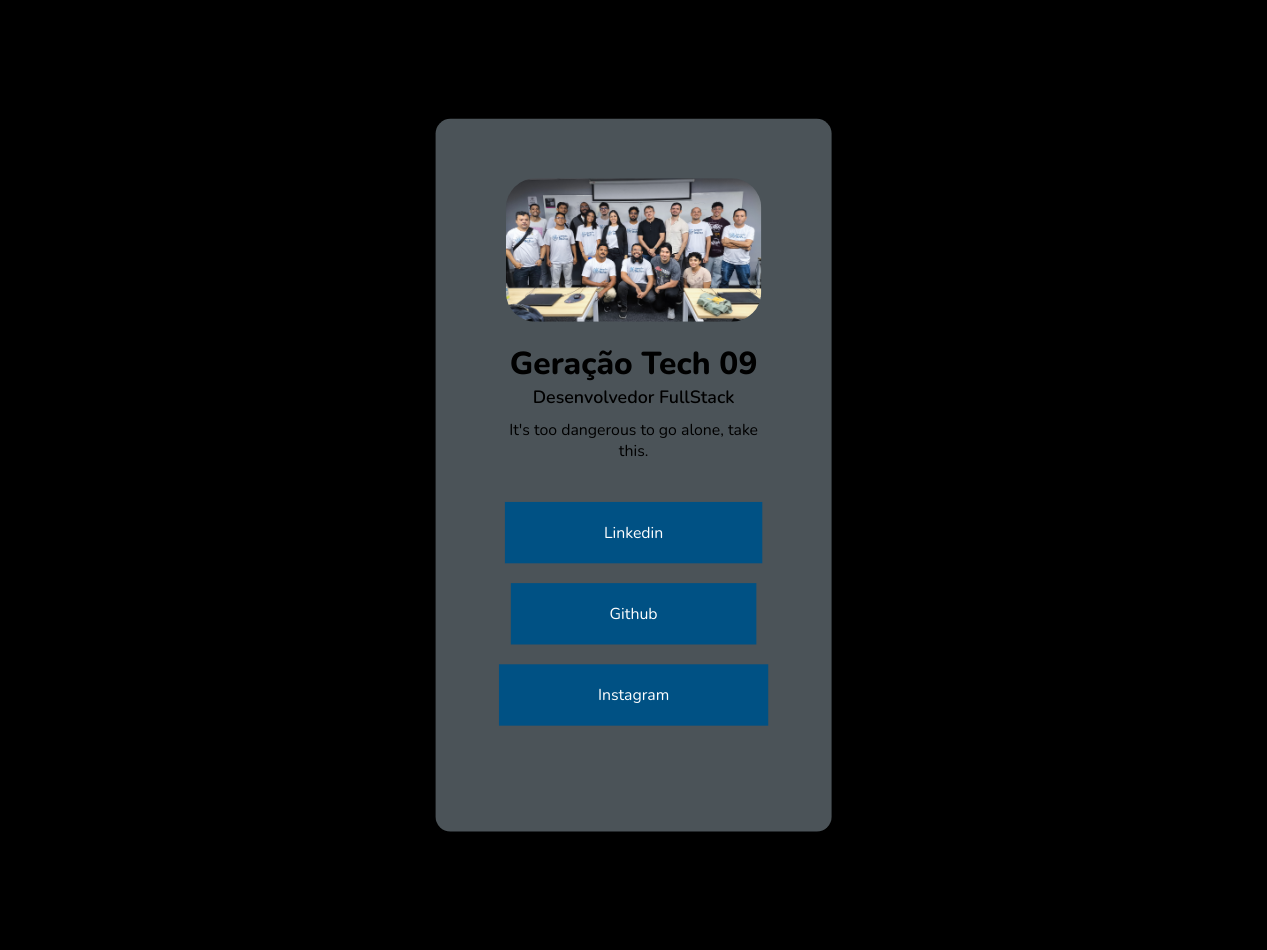
Repository: geracao-09/linktree-gt9
Page: index.html
An editor plug-in stored every save of this project. The page is shown before and after the next save, followed by the edit.
The browser window is 1280 px wide. The pictures show the whole page, at 99% of full size.

Above is the page before, as saved 2025-04-11 09:10:02.

### index.html
<!DOCTYPE html>
<html lang="pt-br">
  <head>
    <meta charset="UTF-8" />
    <meta name="viewport" content="width=device-width, initial-scale=1.0" />
    <title>Linktree do GT09</title>
    <link rel="stylesheet" href="style.css" />
    <link rel="preconnect" href="https://fonts.googleapis.com" />
    <link rel="preconnect" href="https://fonts.gstatic.com" crossorigin />
    <link href="https://fonts.googleapis.com/css2?family=Nunito:ital,wght@0,200..1000;1,200..1000&display=swap" rel="stylesheet" />
  </head>
  <body>
    <div class="container-main">
      <div class="container-image">
        <img src="./assets/image-profile.jpg" alt="Foto dos top 25 geracao tech" />
      </div>
      <div class="container-infos">
        <h1>Geração Tech 09</h1>
        <h2>Desenvolvedor FullStack</h2>
      </div>
      <div class="container-easter-egg">
        <p>It's too dangerous to go alone, take this.</p>
      </div>
      <div class="container-social">
        <ul>
          <li>
            <a href="https://www.linkedin.com/in/cesar-hideki-nagano-326b75115/" target="_blank"> Linkedin </a>
          </li>
          <li>
            <a href="https://github.com/geracao-09" target="_blank"> Github </a>
          </li>
          <li>
            <a href="https://www.instagram.com/hidekina/" target="_blank"> Instagram </a>
          </li>
        </ul>
      </div>
    </div>
  </body>
</html>

### style.css
* {
  font-family: "Nunito", sans-serif;
  margin: 0;
  padding: 0;
  box-sizing: border-box;
}

body {
  background-color: #000000;
}

.container-main {
  background-color: #4b5358;
  width: 400px;
  height: 720px;
  box-sizing: border-box;
  margin: 120px auto;
  padding: 60px;
  border-radius: 15px;
  text-align: center;
}

.container-image img {
  width: 258px;
  border-radius: 30px;
}

.container-infos {
  margin-top: 15px;
  margin-bottom: 10px;
}

.container-infos h1 {
    font-weight: 800;
}

.container-infos h2 {
    font-weight: 600;
    font-size: 18px;
}
.container-social ul {
  list-style-type: none;
}

.container-social a {
  text-decoration: none;
  color: white;
}

.container-social {
  margin-top: 40px;
}


.container-social li {
  margin: 60px 0;
}
.container-social a {
  background-color: #005184;
  padding: 20px 100px;
}

After the next save:
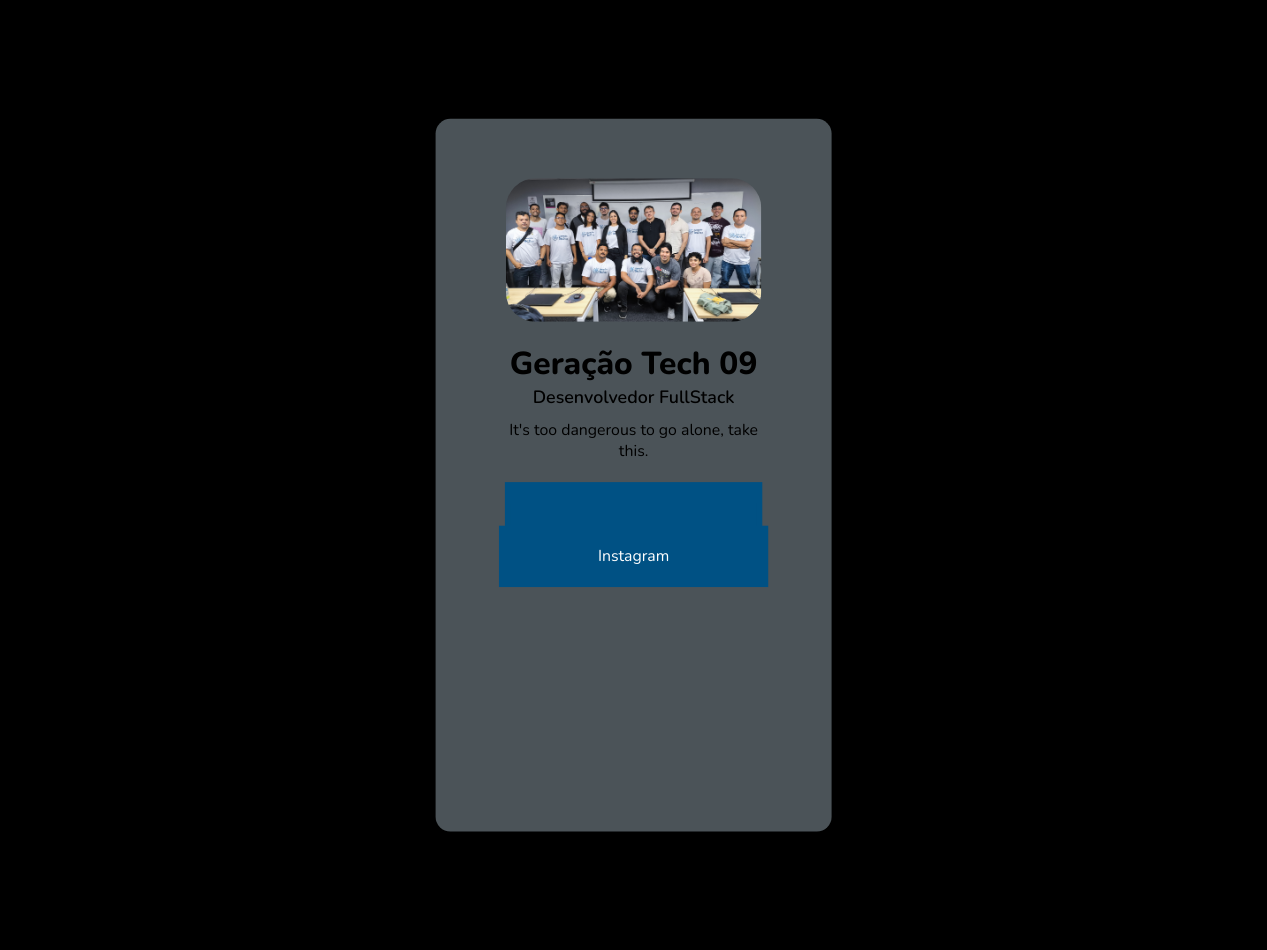
Saved 5 s later.
--- a/style.css
+++ b/style.css
@@ -51,6 +51,7 @@
   margin-top: 40px;
 }
 
+.con
 
 .container-social li {
   margin: 60px 0;

After the save that followed:
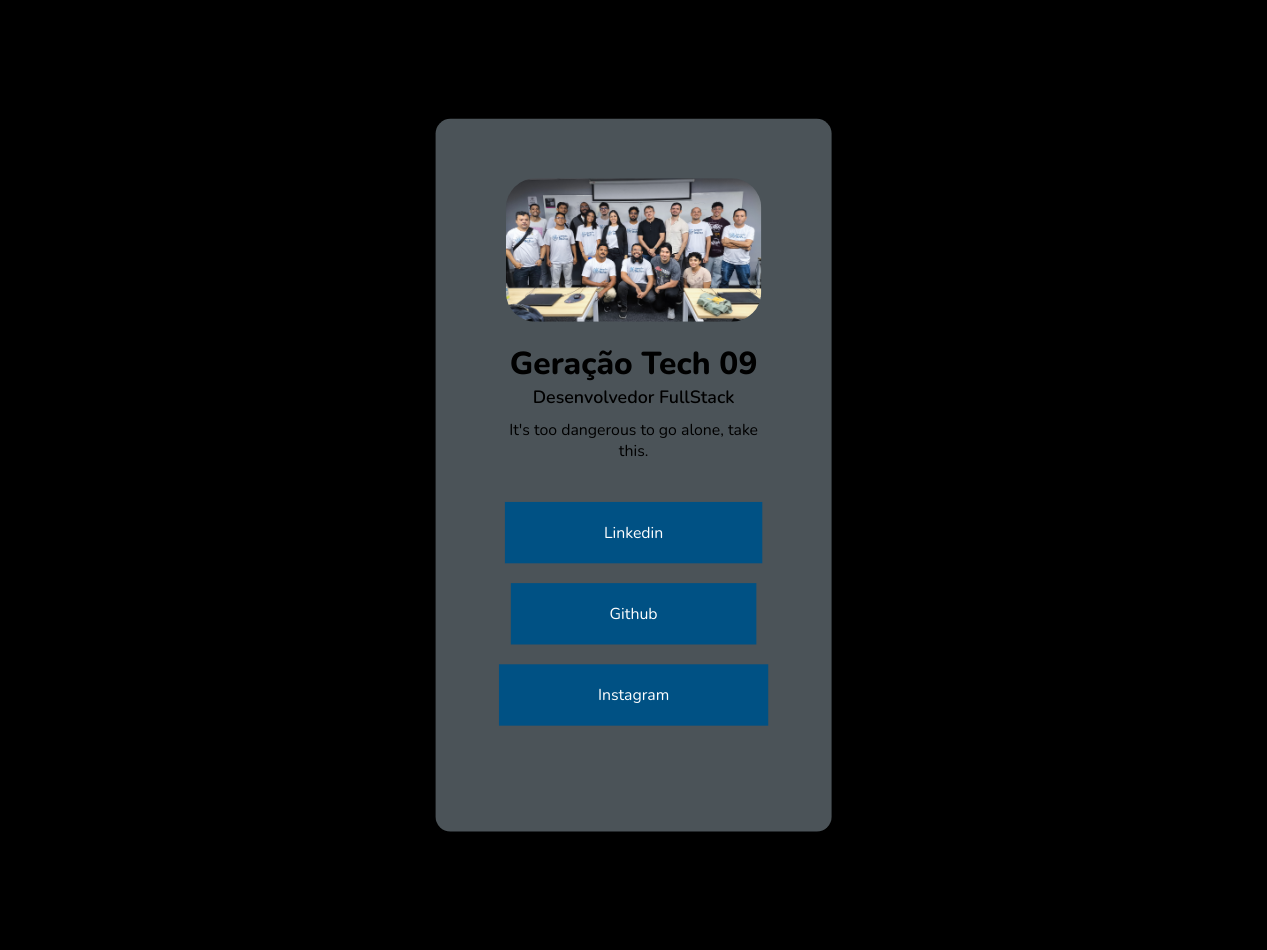
Saved 5 s later.
--- a/style.css
+++ b/style.css
@@ -51,7 +51,9 @@
   margin-top: 40px;
 }
 
-.con
+.container-social ul {
+
+}
 
 .container-social li {
   margin: 60px 0;
